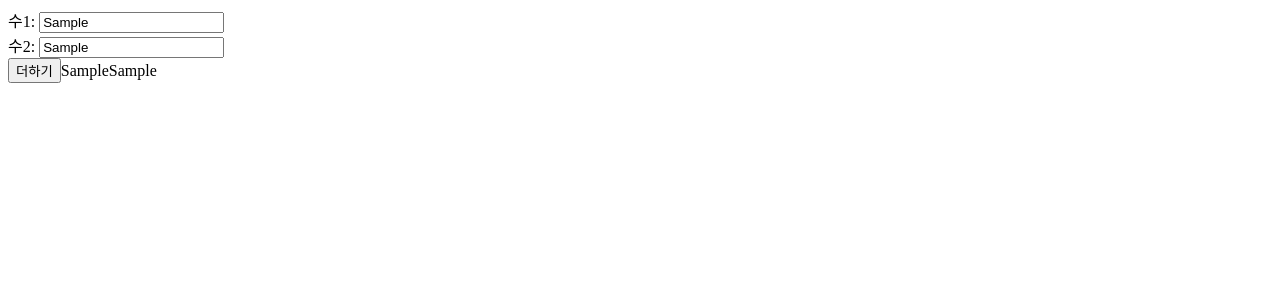
Repository: Jin0207/javaScript
Page: http://localhost/day1230/calcTest.jsp
The author's editor kept a copy of each file at every save. The page is drawn from the files as they stood at one save, then again after the next save.
The browser window is 1280 px wide. The pictures show the whole page.
Empty fields were first filled with sample values (such as "Sample", 5 or name@example.com).
After loading, the first visible `button` was clicked once.
The page is served by Tomcat 9.

Above is the page before, as saved 2021-12-30 08:08:40.

After the next save:
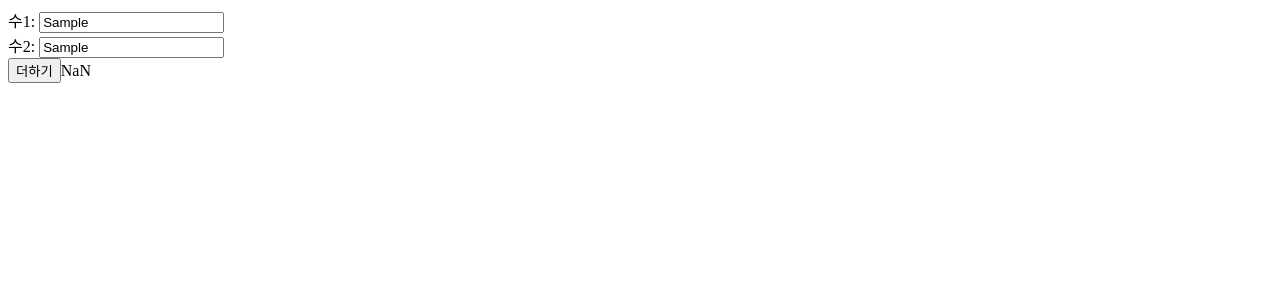
Saved 98 s later.
--- a/day1230/src/main/webapp/calcTest.jsp
+++ b/day1230/src/main/webapp/calcTest.jsp
@@ -9,7 +9,7 @@
 	function calcAdd() {
 		let a = document.getElementById("num1").value;
 		let b = document.getElementById("num2").value;
-		let result = a+b;
+		let result = Number(a) + Number(b);
 		document.getElementById("add").innerHTML=result;
 	}
 </script>
